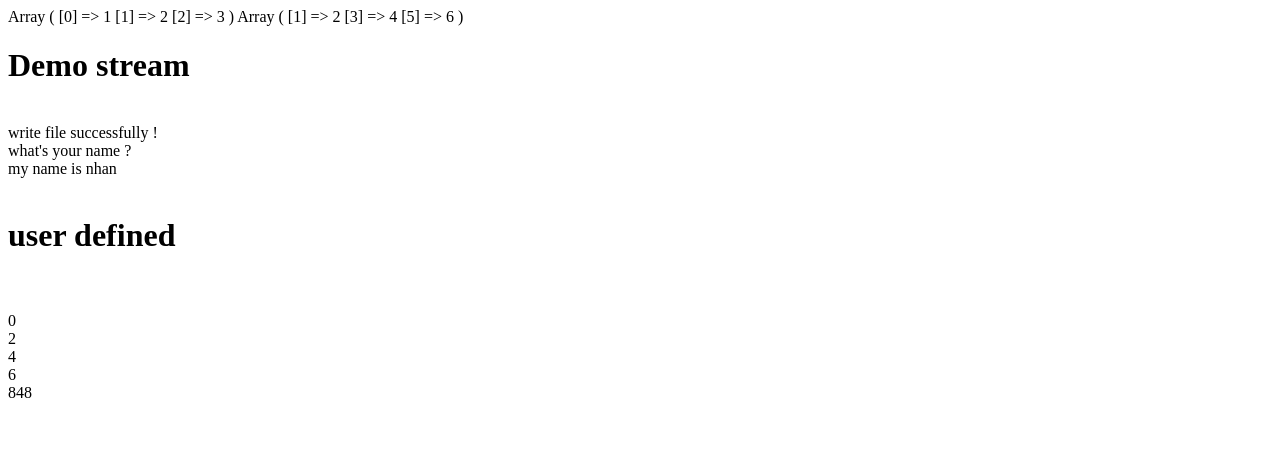
Repository: HoangLinh2001/PHP
Page: http://localhost/demoFunction.php
These files come from the project's save history. The page is drawn as it stood at one moment and after the next save; the edit follows.
The browser window is 1280 px wide. The pictures show the whole page.
The page is run by PHP 8.4 with error messages shown; the project is at /var/www/html/.

Above is the page before, as saved 2023-06-20 18:57:43.

After the next save:
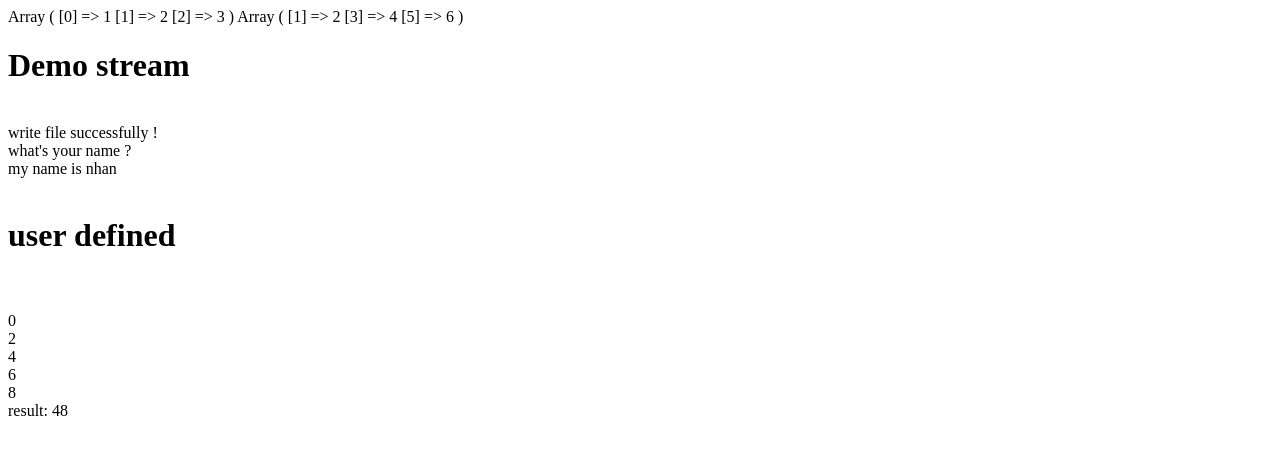
Saved 21 s later.
--- a/DEMOPHPBUOI2/demoFunction.php
+++ b/DEMOPHPBUOI2/demoFunction.php
@@ -53,7 +53,7 @@ even_number();
 function number($num1, $num2, $num3)
 {
     $result = $num1 * $num2 * $num3;
-    echo $result;
+    echo "<br> result: ",$result;
 }
 
 number(2,4,6);
